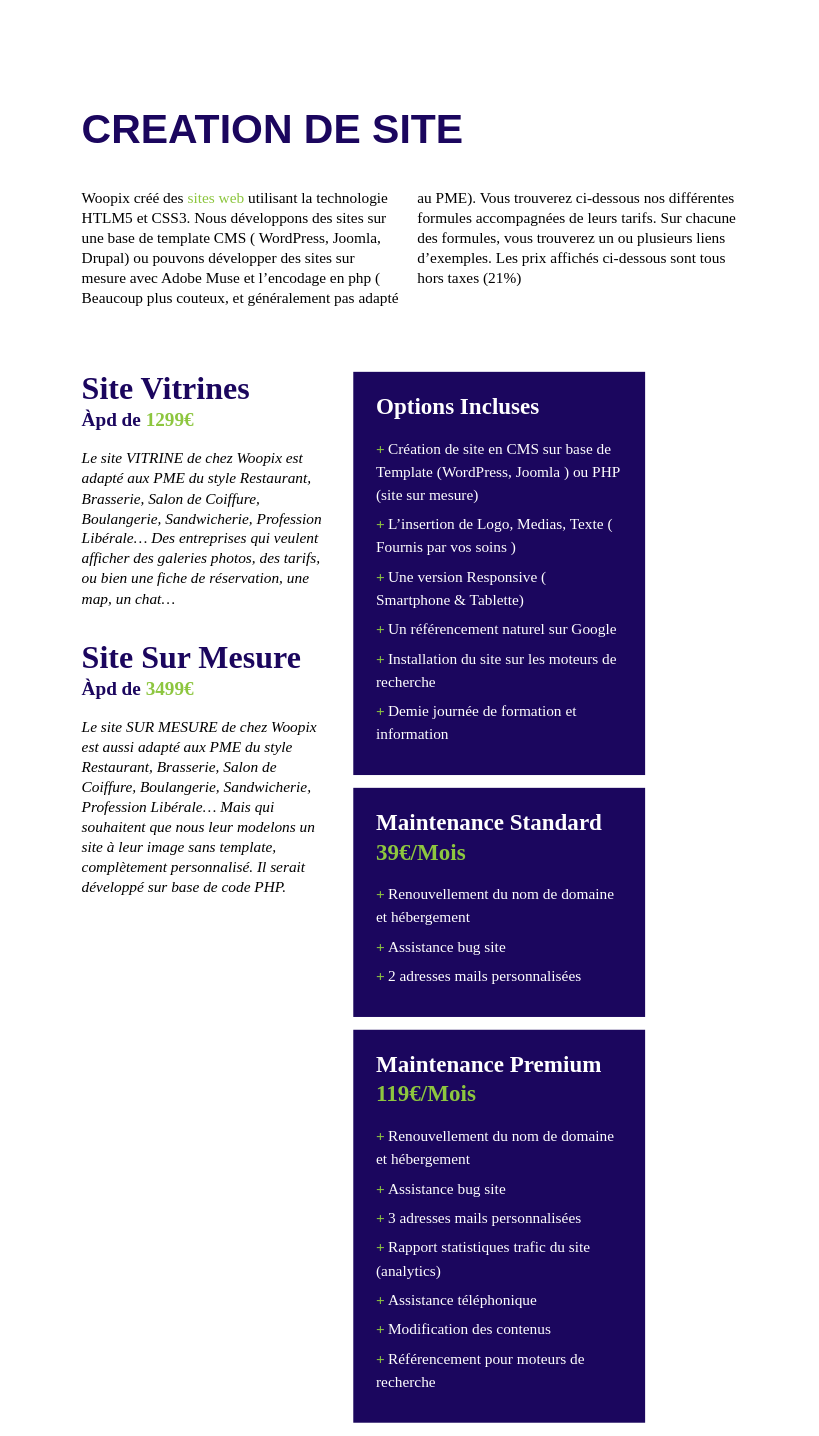
Repository: keloriane/woopix
Page: /services
These files come from the project's save history. The page is drawn as it stood at one moment and after the next save; the edit follows.
The browser window is 1280 px wide. The pictures show the whole page, at 64% of full size.
The project was rebuilt for these pictures with package versions that can differ from the ones it lists, and the page was loaded fresh each time. Also part of the build but not shown: src/pages/Home.js, src/global/Container.js, src/pages/About/index.js, src/pages/Portfolio/index.js.

Above is the page before, as saved 2020-09-24 14:35:03.

After the next save:
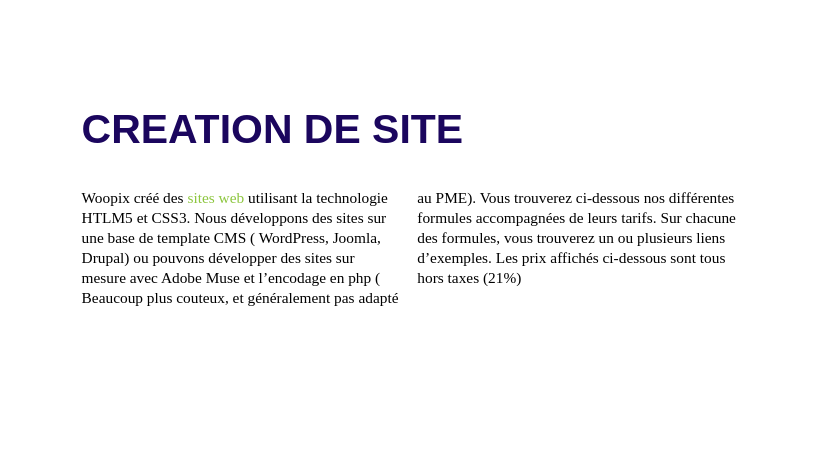
Saved 4 min 39 s later.
--- a/src/pages/Services/index.js
+++ b/src/pages/Services/index.js
@@ -1,7 +1,7 @@
 import React,{useEffect} from 'react'
 import styled,{withTheme} from 'styled-components'
 import ServicesItem from "./components/ServiceItem.js";
-import ServiceOption from "./components/ServiceOption";
+
 
  const Services = (props) => {
      console.log(props)
@@ -18,61 +18,12 @@
 
             <div className={'subContainer'}>
                 <div className='services-list'>
-                    <ServicesItem
-                        title={ 'Site Vitrines'}
-                        subtitle={'Àpd de'}
-                        price={'1299€'}
-                        text={ `Le site VITRINE de chez Woopix est adapté aux PME du style Restaurant, Brasserie, Salon de
-                            Coiffure, Boulangerie, Sandwicherie, Profession Libérale… Des entreprises qui veulent
-                            afficher des galeries photos, des tarifs, ou bien une fiche de réservation, une map, un chat…`}
-                    />
-                    <ServicesItem
-                        title={ 'Site Sur Mesure'}
-                        subtitle={'Àpd de'}
-                        price={'3499€'}
-                        text={ `Le site SUR MESURE de chez Woopix est aussi adapté aux PME du style Restaurant, Brasserie,
-                            Salon de Coiffure, Boulangerie, Sandwicherie, Profession Libérale… Mais qui souhaitent que nous
-                            leur modelons un site à leur image sans template, complètement personnalisé. Il serait développé
-                            sur base de code PHP.`}
-                    />
+
+
                 </div>
 
                 <div className="option-list">
-                    <ServiceOption
-                        title={'Options Incluses'}
-                        list={[
-                            'Création de site en CMS sur base de Template (WordPress, Joomla ) ou PHP (site sur mesure)',
-                            'L’insertion de Logo, Medias, Texte ( Fournis par vos soins )',
-                            'Une version Responsive ( Smartphone & Tablette)',
-                            'Un référencement naturel sur Google',
-                            'Installation du site sur les moteurs de recherche',
-                            'Demie journée de formation et information'
-                        ]}
-                    />
 
-                    <ServiceOption
-                        title={'Maintenance Standard'}
-                        price={'39€/Mois'}
-                        list={[
-                            'Renouvellement du nom de domaine et hébergement',
-                            'Assistance bug site',
-                            '2 adresses mails personnalisées'
-                        ]}
-                    />
-
-                    <ServiceOption
-                        title={'Maintenance Premium'}
-                        price={'119€/Mois'}
-                        list={[
-                            'Renouvellement du nom de domaine et hébergement',
-                            'Assistance bug site',
-                            '3 adresses mails personnalisées',
-                            'Rapport statistiques trafic du site (analytics)',
-                            'Assistance téléphonique',
-                            'Modification des contenus',
-                            'Référencement pour moteurs de recherche'
-                        ]}
-                    />
                 </div>
             </div>
         </Container>
